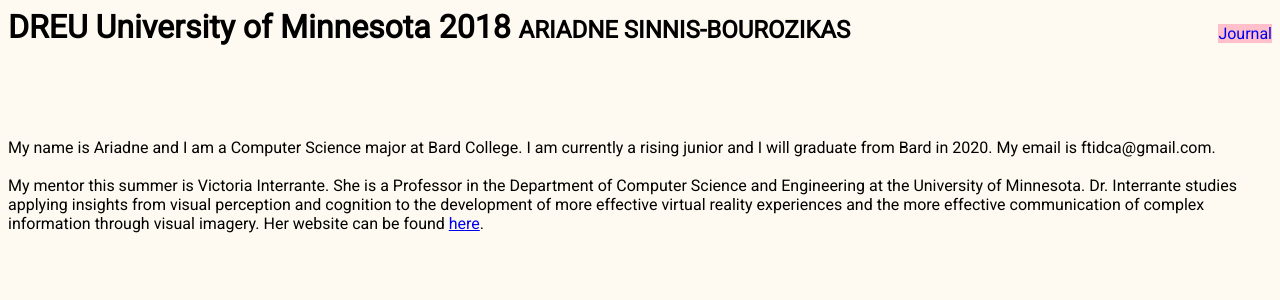
Repository: ariadnesb/dreu2018
Page: index.html
The author's editor kept a record of every edit. The page is drawn from the files as they stood at one moment, then again after the next edit.
The browser window is 1280 px wide. The pictures show the whole page.

Above is the page before.

After the next edit:
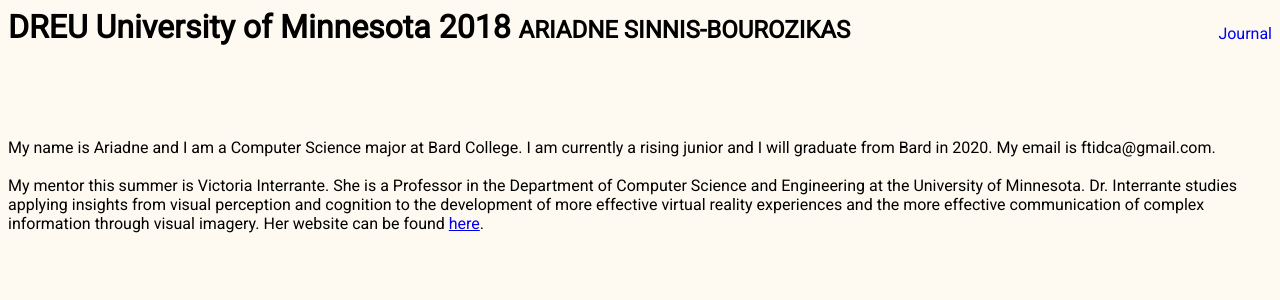
The edit:
--- a/styles.css
+++ b/styles.css
@@ -38,19 +38,10 @@
 
 }
 
-#header ul.nav-global{
-    position: absolute;
-    right:0;
-    display: inline;
-    list-style: none;
-    margin: 0;
-    padding-right: 1em;
-}
-
 #header li {
     display: inline;
     padding: 0;
-    background-color: pink;
+    background-color: none;
 }
 
 #header a {
